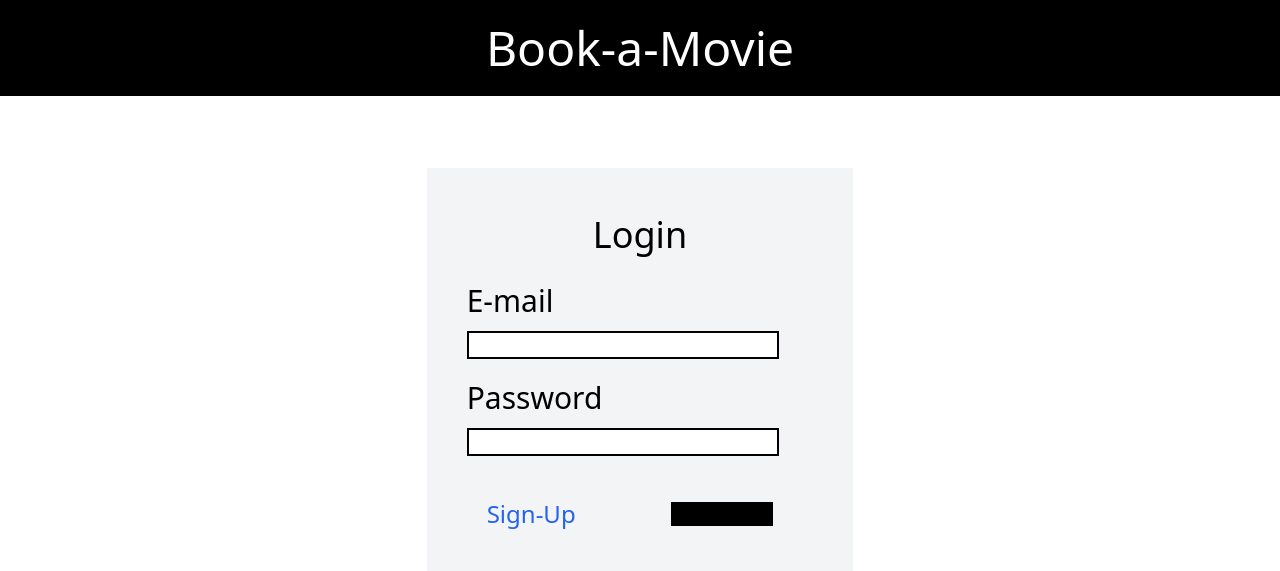
Repository: BhumilModi/movie-booking-app-assignment
Page: /
The author's editor kept a copy of each file at every save. The page is drawn from the files as they stood at one save, then again after the next save.
The browser window is 1280 px wide. The pictures show the whole page.
The project was rebuilt for these pictures with package versions that can differ from the ones it lists, and the page was loaded fresh each time. Also part of the build but not shown: src/App.css.

Above is the page before, as saved 2022-11-29 18:19:38.

After the next save:
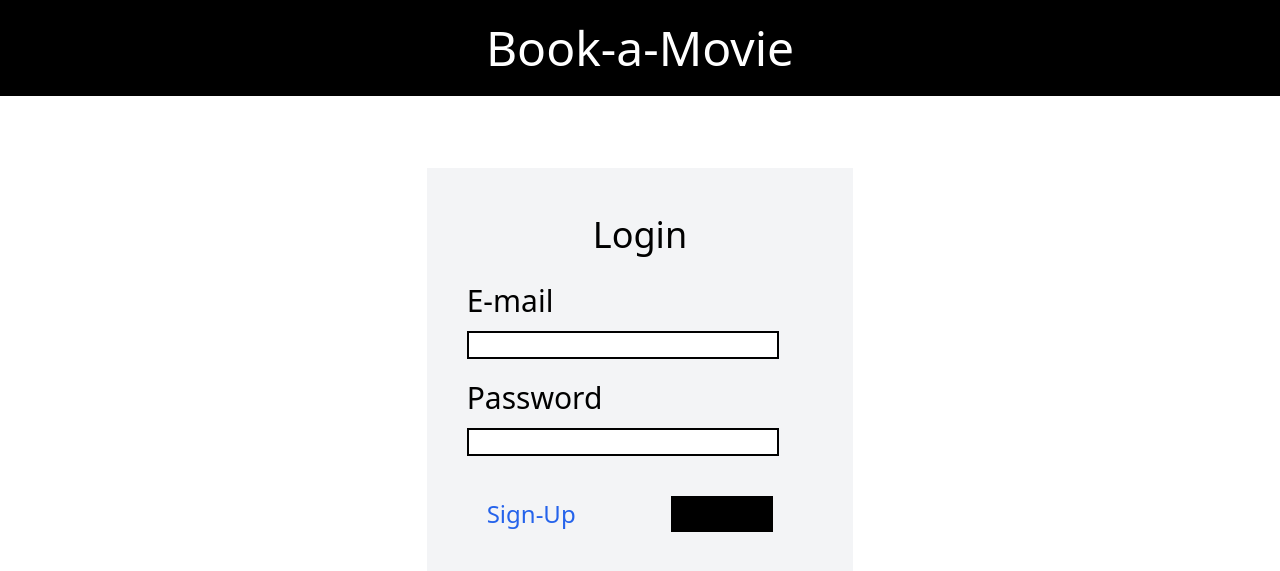
Saved 9 s later.
--- a/src/components/Login.jsx
+++ b/src/components/Login.jsx
@@ -15,7 +15,7 @@ function Login() {
           <p className="text-[24px] ml-5 text-blue-600 cursor-pointer">
             Sign-Up
           </p>
-          <button className="bg-black w-1/3">Login</button>
+          <button className="bg-black w-1/3 h-[5vh]">Login</button>
         </div>
       </div>
     </div>
